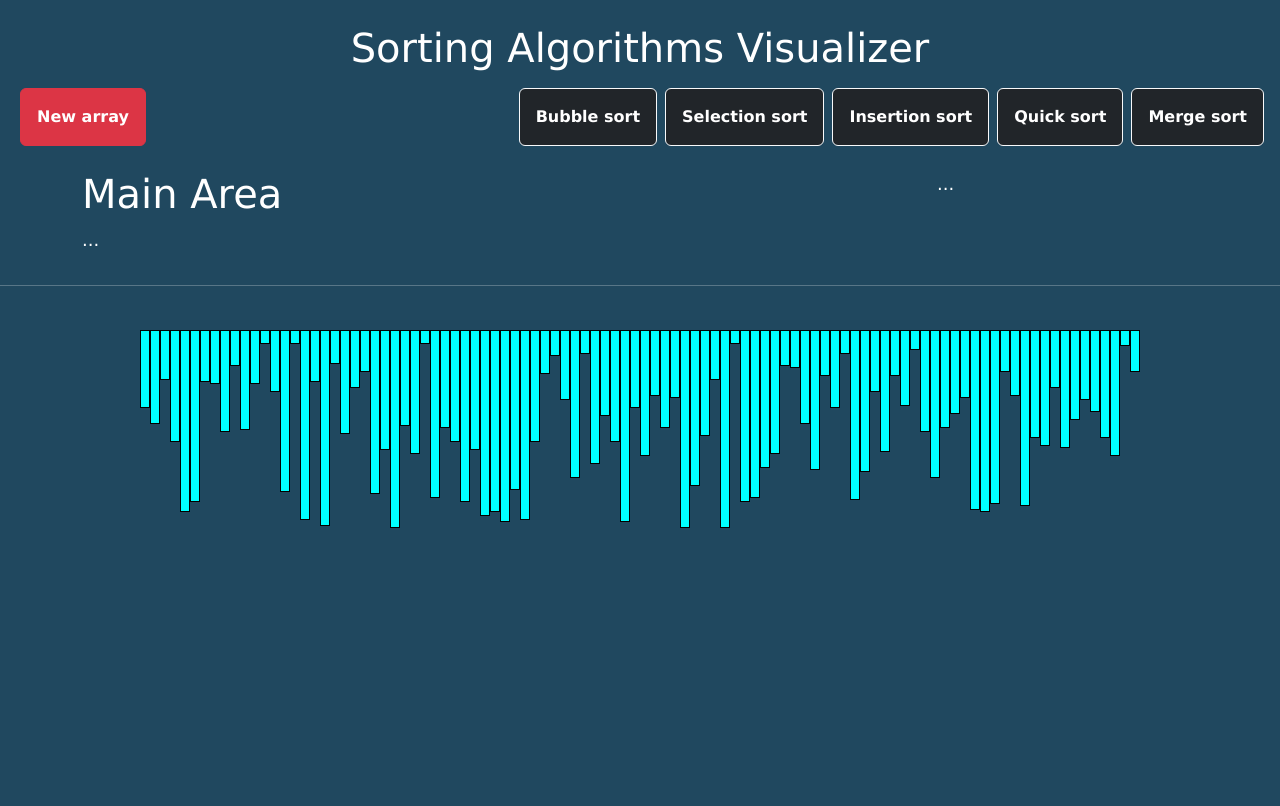
Repository: Vasil1001/Sorting-Algorithms-Visualizer-js
Page: views/index.html
The author's editor kept a copy of each file at every save. The page is drawn from the files as they stood at one save, then again after a run of saves.
The browser window is 1280 px wide. The pictures show the whole page.

Above is the page before, as saved 2022-11-03 17:48:18.

### views/index.html
<!doctype html>
<html lang="en">

<head>
  <meta charset="utf-8">
  <meta name="viewport" content="width=device-width, initial-scale=1">

  <title>Sorting Algorithms Visualizer</title>

  <!-- Import css & bootstrap-->
  <link href="https://cdn.jsdelivr.net/npm/bootstrap@5.2.2/dist/css/bootstrap.min.css" rel="stylesheet"
    integrity="sha384-Zenh87qX5JnK2Jl0vWa8Ck2rdkQ2Bzep5IDxbcnCeuOxjzrPF/et3URy9Bv1WTRi" crossorigin="anonymous">
  <link rel="stylesheet" href="/css/base.css">

</head>

<header>
  <h1 align="center" class="mt-4">Sorting Algorithms Visualizer</h1>


  <nav class="navbar navbar-expand-lg">

    <div class="container-fluid">
      <button type="button" class="btn btn-danger mx-2 p-3 " id="new_array" style="color: white;"><b>New
          array </b>
      </button>
      <ul class="navbar-nav">
        <li class="nav-item">
          <button type="button" class="btn btn-dark border-light mx-1 p-3 " id="bubble_sort"
            style="color: white;"><b>Bubble
              sort</b> </button>
        </li>
        <li class="nav-item">
          <button type="button" class="btn btn-dark border-light mx-1 p-3 " id="selection_sort"
            style="color: rgb(255, 255, 255);">
            <b>Selection sort</b></button>
        </li>
        <li class="nav-item">
          <button type="button" class="btn btn-dark border-light mx-1 p-3 " id="insertion_sort" style="color: white;">
            <b>Insertion sort</b></button>
        </li>
        <li class="nav-item">
          <button type="button" class="btn btn-dark border-light mx-1 p-3 " id="quick_sort" style="color: white;">
            <b>Quick sort</b></button>
        </li>
        <li class="nav-item">
          <button type="button" class="btn btn-dark border-light mx-1 p-3 " id="merge_sort"> <b>Merge sort</b></button>
        </li>

      </ul>
    </div>
  </nav>

  <div class="container">
    <div class="row py-3">
      <div class="col-3 order-2" id="sticky-sidebar">
        <div class="sticky-top">
          ...
        </div>
      </div>
      <div class="col" id="main">
        <h1>Main Area</h1>
        ...
      </div>
    </div>
  </div>
</header>

<body>


  <hr style="color: white;">

  <div id="bars" class="bars flex-container p-4"></div>


  <!-- Import css & bootstrap-->
  <script src="https://cdn.jsdelivr.net/npm/bootstrap@5.2.2/dist/js/bootstrap.bundle.min.js"
    integrity="sha384-OERcA2EqjJCMA+/3y+gxIOqMEjwtxJY7qPCqsdltbNJuaOe923+mo//f6V8Qbsw3"
    crossorigin="anonymous"></script>
  <script defer src="/sort_algos_js_files/index.js"></script>

</body>

</html>

### css/base.css
body {
    background-color: rgb(32, 72, 95);
    color:white;
    font-size: 18px;
    font-family: 'Lucida Sans', 'Lucida Sans Regular', 'Lucida Grande', 'Lucida Sans Unicode', Geneva, Verdana, sans-serif;
}
.flex-container{
    margin-top: 20px;
    display: flex;
    flex-wrap: nowrap;
    width: 100%;
    height: 500px;
    justify-content: center;
    transition: 2s all ease;
}

.flex-item{
    background: cyan;
    border: 1pt solid black;
    width: 10px;
    transition: 0.1s all ease;
}

### sort_algos_js_files/index.js
let random_array_100 = [];
createBarArray();


function createBarArray() {
    // Array to store randomly generated numbers
    random_array_100 = [];
    var numberOfBars = 0;
    let l = 100;

    // get a random number and add it to the array until there are 100 in array
    for (numberOfBars = 0; numberOfBars < l; numberOfBars++) {
        random_array_100.push(Math.round(Math.random() * l));
    }
    // print 100 random numbers of the array
    console.log(random_array_100);


     // select the div #bars element
     const bars = document.querySelector("#bars");
    // make bars with height from random array numbers
    for (let i = 0; i < random_array_100.length; i++) {
        // const para = document.createElement("div");
        // para.innerText = random_array_100[i];
        // document.body.appendChild(para);

        // create div bar for each number in the array
        const bar = document.createElement("div");
        bar.style.height = `${random_array_100[i]*2}px`;
        bar.classList.add('bar');
        bar.classList.add('flex-item');
        bar.classList.add(`barNo${i}`);
        bars.appendChild(bar);
    }
}

After the next 2 saves:
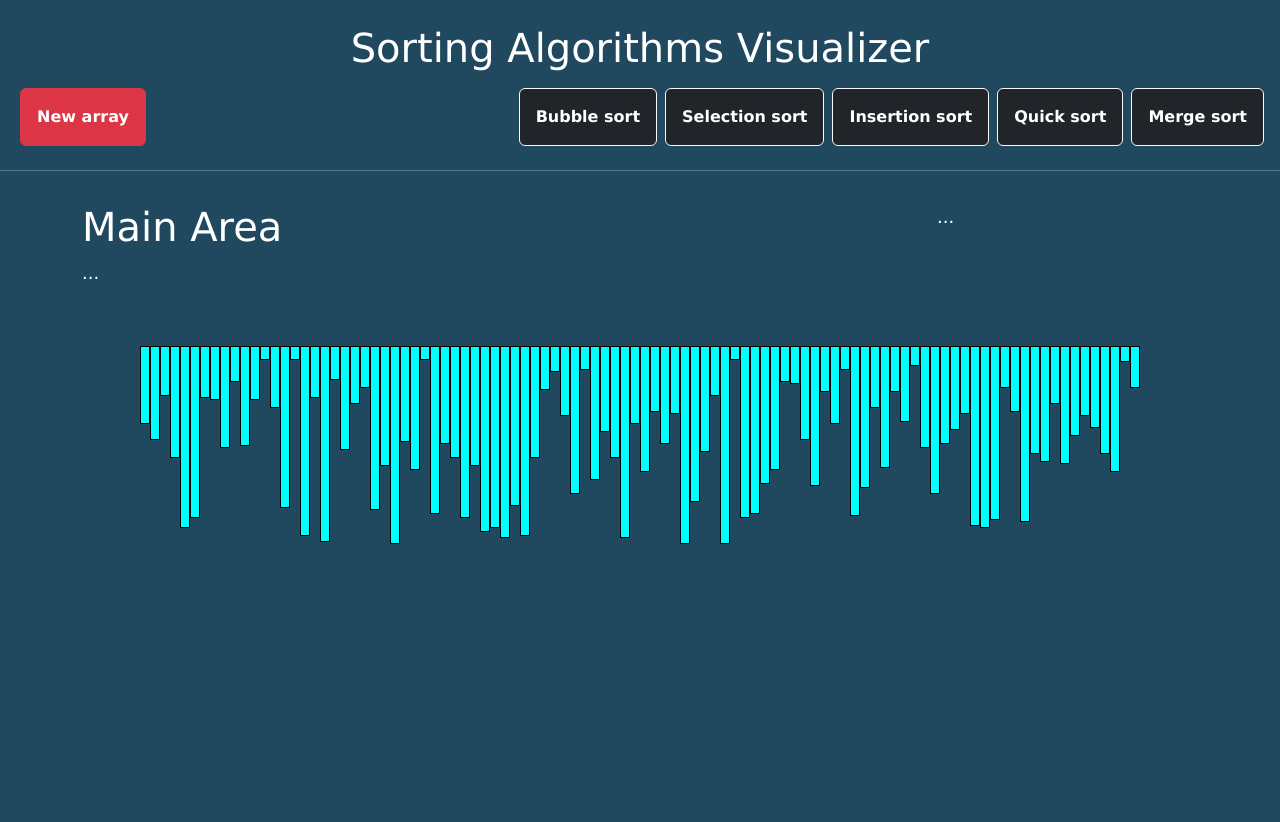
The 2 saves are shown as one change because they came seconds apart.
The last was saved 6 s later.
--- a/views/index.html
+++ b/views/index.html
@@ -51,6 +51,15 @@
     </div>
   </nav>
 
+
+</header>
+
+<body>
+
+
+  <hr style="color: white;">
+
+
   <div class="container">
     <div class="row py-3">
       <div class="col-3 order-2" id="sticky-sidebar">
@@ -64,13 +73,6 @@
       </div>
     </div>
   </div>
-</header>
-
-<body>
-
-
-  <hr style="color: white;">
-
   <div id="bars" class="bars flex-container p-4"></div>
 
 
